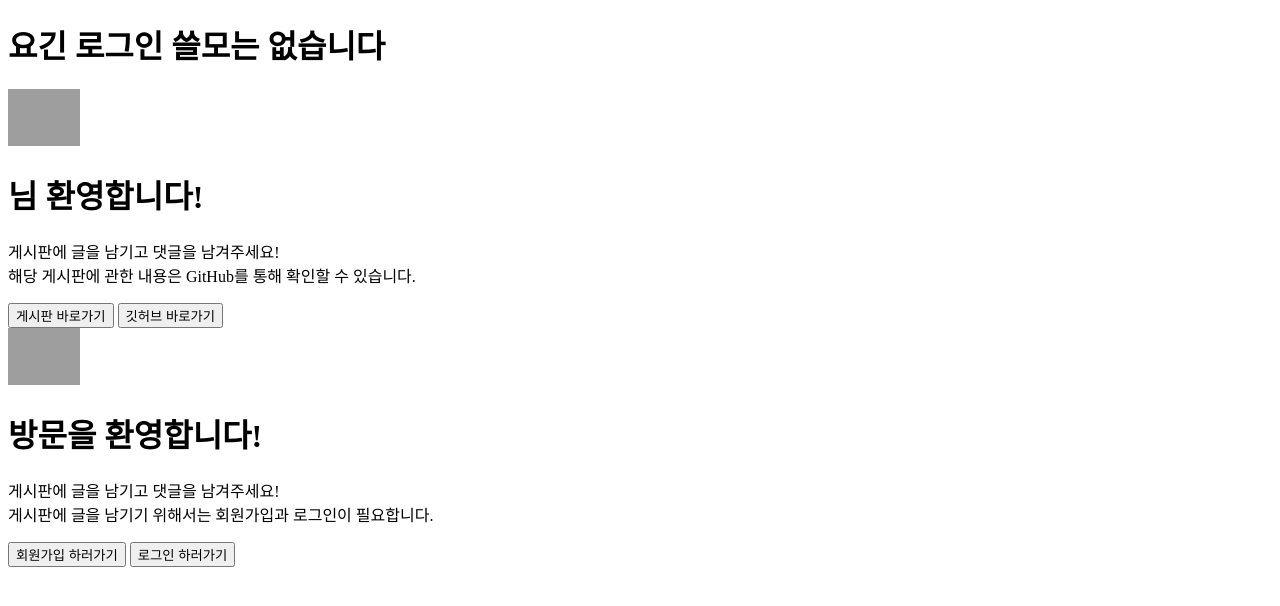
Repository: tnaks036/smtv_board
Page: http://localhost/SMT/firstView.jsp
An editor plug-in stored every save of this project. The page is shown before and after the next save, followed by the edit.
The browser window is 1280 px wide. The pictures show the whole page.
Pictures or frames that could not be fetched are drawn as grey boxes. The page is served by Tomcat 9. Nobody is signed in. The application's start-up code is not run. Other server files are loaded and not shown.

Above is the page before, as saved 2023-08-28 05:07:59.

### SMT/WebContent/firstView.jsp
<%@ page language="java" contentType="text/html; charset=UTF-8"
    pageEncoding="UTF-8"%>
<!DOCTYPE html>
<html lang="en">
<head>
        <style>
        .bd-placeholder-img {
            font-size: 1.125rem;
            text-anchor: middle;
            -webkit-user-select: none;
            -moz-user-select: none;
            user-select: none;
        }

        @media (min-width: 768px) {
            .bd-placeholder-img-lg {
            font-size: 3.5rem;
            }
        }
        </style>

        <script type="text/javascript">
            function changeFirstView(value) {
                if(value == 0)
                {
                    location.href = "SignUpForm.do";
                }
                else if(value == 1)
                {
                    location.href = "LoginForm.do";
                } else if(value == 2)
                {
                    location.href = "BoardListAction.bo"; //아직 미구현
                } else if(value == 3)
                {
                    const link = "https://github.com/tnaks036/smtv_board";
                    window.open(link);
                }
            }
        </script>
    </head>
    <body>
        <h1 class="visually-hidden">요긴 로그인 쓸모는 없습니다</h1>
        <!-- 세션에 id 값이 있으면?(로그인이 되어 있으면) -->
        <!-- <c:if test="${sessionScope.memberID!=null}"> -->
            <div class="px-4 py-5 my-5 text-center">
                <img class="d-block mx-auto mb-4" src="${pageContext.request.contextPath}/docs/5.1/assets/brand/bootstrap-logo.svg" alt="" width="72" height="57">
                <h1 class="display-5 fw-bold">${sessionScope.memberID}님 환영합니다!</h1>
                <div class="col-lg-6 mx-auto">
                    <p class="lead mb-4">게시판에 글을 남기고 댓글을 남겨주세요!
                        <br> 해당 게시판에 관한 내용은 GitHub를 통해 확인할 수 있습니다.
                    </p>
                    <div class="d-grid gap-2 d-sm-flex justify-content-sm-center">
                        <button type="button" class="btn btn-primary btn-lg px-4 gap-3" onclick="changeFirstView(2)">게시판 바로가기</button>
                        <button type="button" class="btn btn-outline-secondary btn-lg px-4" onclick="changeFirstView(3)">깃허브 바로가기</button>
                    </div>
                </div>
            </div>
        <!-- </c:if>  -->

        <!-- 세션에 id 값이 널이면?(로그인이 안되어 있으면) -->
        <c:if test="${sessionScope.memberID==null}">
            <div class="px-4 py-5 my-5 text-center">
                <img class="d-block mx-auto mb-4" src="${pageContext.request.contextPath}/docs/5.1/assets/brand/bootstrap-logo.svg" alt="" width="72" height="57">
                <h1 class="display-5 fw-bold">방문을 환영합니다!</h1>
                <div class="col-lg-6 mx-auto">
                    <p class="lead mb-4">게시판에 글을 남기고 댓글을 남겨주세요!
                        <br> 게시판에 글을 남기기 위해서는 회원가입과 로그인이 필요합니다.
                    </p>
                    <div class="d-grid gap-2 d-sm-flex justify-content-sm-center">
                        <button type="button" class="btn btn-primary btn-lg px-4 gap-3" onclick="changeFirstView(0)">회원가입 하러가기</button>
                        <button type="button" class="btn btn-outline-secondary btn-lg px-4" onclick="changeFirstView(1)">로그인 하러가기</button>
                    </div>
                </div>
            </div>
        </c:if>
    </body>
</html>

After the next save:
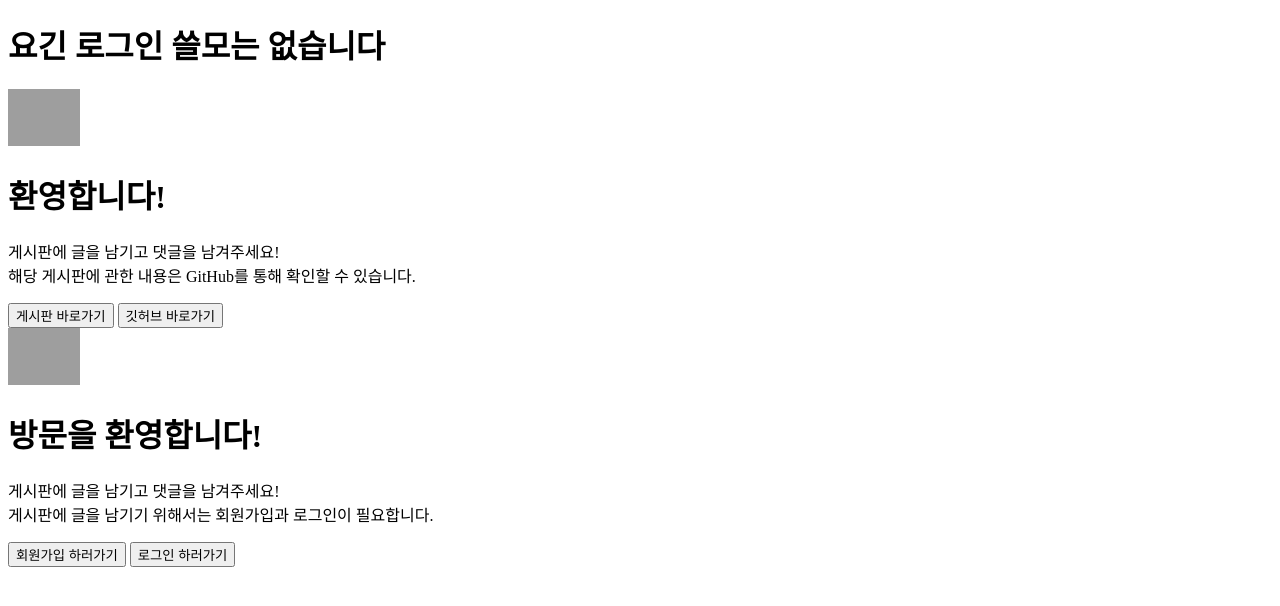
Saved 9 s later.
--- a/SMT/WebContent/firstView.jsp
+++ b/SMT/WebContent/firstView.jsp
@@ -45,7 +45,7 @@
         <!-- <c:if test="${sessionScope.memberID!=null}"> -->
             <div class="px-4 py-5 my-5 text-center">
                 <img class="d-block mx-auto mb-4" src="${pageContext.request.contextPath}/docs/5.1/assets/brand/bootstrap-logo.svg" alt="" width="72" height="57">
-                <h1 class="display-5 fw-bold">${sessionScope.memberID}님 환영합니다!</h1>
+                <h1 class="display-5 fw-bold">${sessionScope.memberID} 환영합니다!</h1>
                 <div class="col-lg-6 mx-auto">
                     <p class="lead mb-4">게시판에 글을 남기고 댓글을 남겨주세요!
                         <br> 해당 게시판에 관한 내용은 GitHub를 통해 확인할 수 있습니다.
